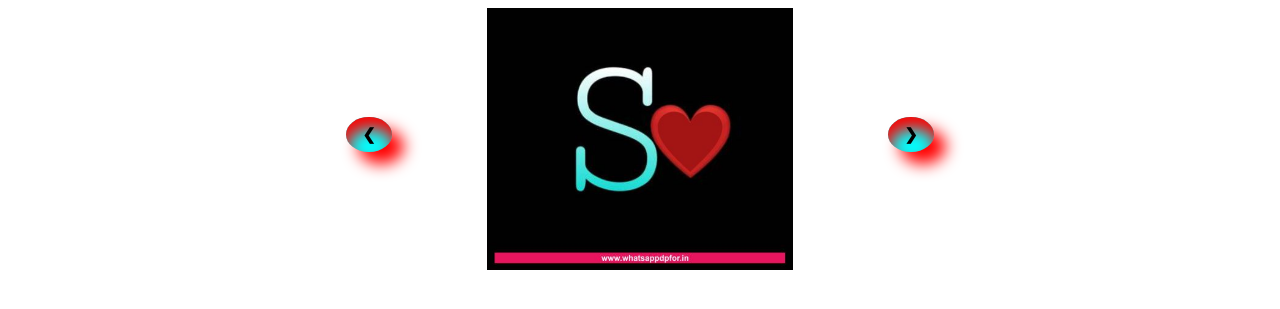
Repository: SAYYODTURINALIYEV/sassasa
Page: slider.html
These files come from the project's save history. The page is drawn as it stood at one moment and after the next save; the edit follows.
The browser window is 1280 px wide. The pictures show the whole page.

Above is the page before, as saved 2022-05-19 16:34:03.

### slider.html
<!DOCTYPE html>
<html lang="en">

<head>
    <meta charset="UTF-8">
    <meta http-equiv="X-UA-Compatible" content="IE=edge">
    <meta name="viewport" content="width=device-width, initial-scale=1.0">
    <title>Slider.uz</title>
    <link rel="stylesheet" href="slider.css">
</head>

<body>

    <div class="rasmlar" style="flex-direction:row;">
        <div class="rasmlar_uz">
            <img src="images/s1.jpg">

        </div>
        <div class="rasmlar_uz">
            <img src="images/s1.jpg">

        </div>
        <div class="rasmlar_uz">
            <img src="images/s1.jpg">

        </div>
        <div class="rasmlar_uz">
            <img src="images/s1.jpg">

        </div>


        <a class="slider-btn previous" onclick="setSlides(-1)">❮</a>
        <a class="slider-btn next" onclick="setSlides(1)">❯</a>
    </div>


    <script src="slider.js"></script>
</body>

</html>

### slider.css
img {
    margin: auto;
    display: block;
    width: 50%;
}

.rasmlar {
    max-width: 612px;
    position: relative;
    margin: auto;
}

.slider-btn {
    cursor: pointer;
    position: absolute;
    top: 50%;
    width: auto;
    padding: 8px 16px;
    margin-top: -22px;
    color: rgb(0, 0, 0);
    font-weight: bold;
    box-shadow: 12px 12px 16px red, inset 2px 12px 16px red;
    transition: 0.6s ease;
    border-radius: 0 3px 3px 0;
    user-select: none;
    border-radius: 50%;
    background-color: aqua;
}

.previous {
    left: 2%;
}

.next {
    right: 2%;
}

### slider.js
var currentIndex = 1;
displaySlides(currentIndex);

function displaySlides(num) {
    var x;
    var slides = document.getElementsByClassName("rasmlar_uz");
    if (num > slides.length) { currentIndex = 1 }
    if (num < 1) { currentIndex = slides.length }
    for (x = 0; x < slides.length; x++) {
        slides[x].style.display = "none";
    }
    slides[currentIndex - 1].style.display = "block";
}

function setSlides(num) {
    displaySlides(currentIndex += num);
}

After the next save:
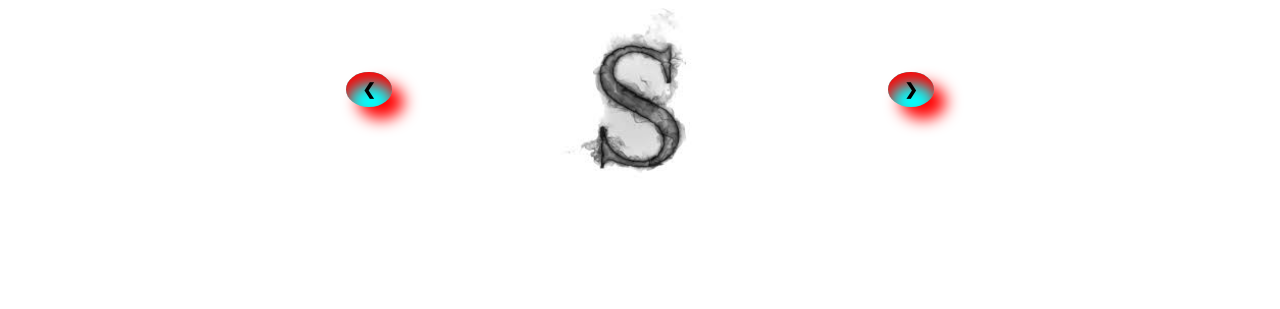
Saved 8 s later.
--- a/slider.html
+++ b/slider.html
@@ -13,7 +13,7 @@
 
     <div class="rasmlar" style="flex-direction:row;">
         <div class="rasmlar_uz">
-            <img src="images/s1.jpg">
+            <img src="images/s2.jpg">
 
         </div>
         <div class="rasmlar_uz">
